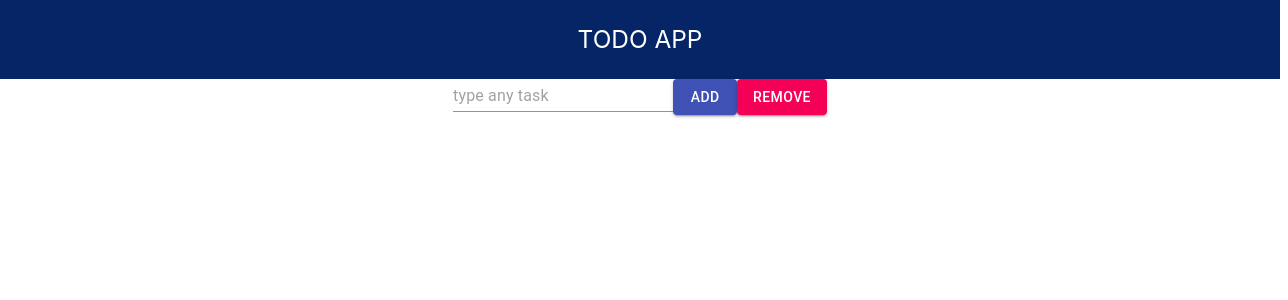
Repository: Shams97/Todo-app
Page: /
These files come from the project's save history. The page is drawn as it stood at one moment and after the next save; the edit follows.
The browser window is 1280 px wide. The page is 1280 px wide, then 1288 px, so the pictures cover 1288 px, including what lies to the right of the window. The pictures show the whole page.
The project was rebuilt for these pictures with package versions that can differ from the ones it lists, and the page was loaded fresh each time.

Above is the page before, as saved 2021-06-26 23:29:26.

After the next save:
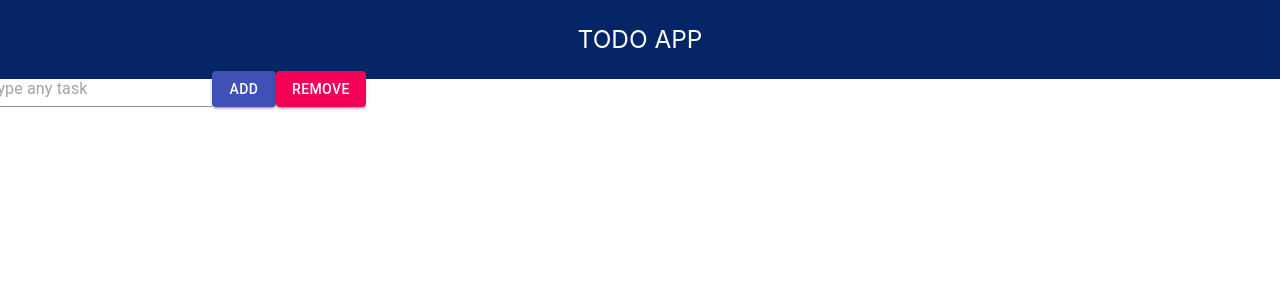
Saved 6 min 21 s later.
--- a/src/tasks/tasks.js
+++ b/src/tasks/tasks.js
@@ -2,7 +2,7 @@ import React from "react";
 import { Button, Input, Container,Grid } from "@material-ui/core";
 export default function Tasks() {
   return (
-    <Grid>
+    <Grid container spacing={2}>
       <Input placeholder="type any task"></Input>
       <Button variant="contained" color="primary">Add</Button>
       <Button variant="contained" color="secondary">Remove</Button>
